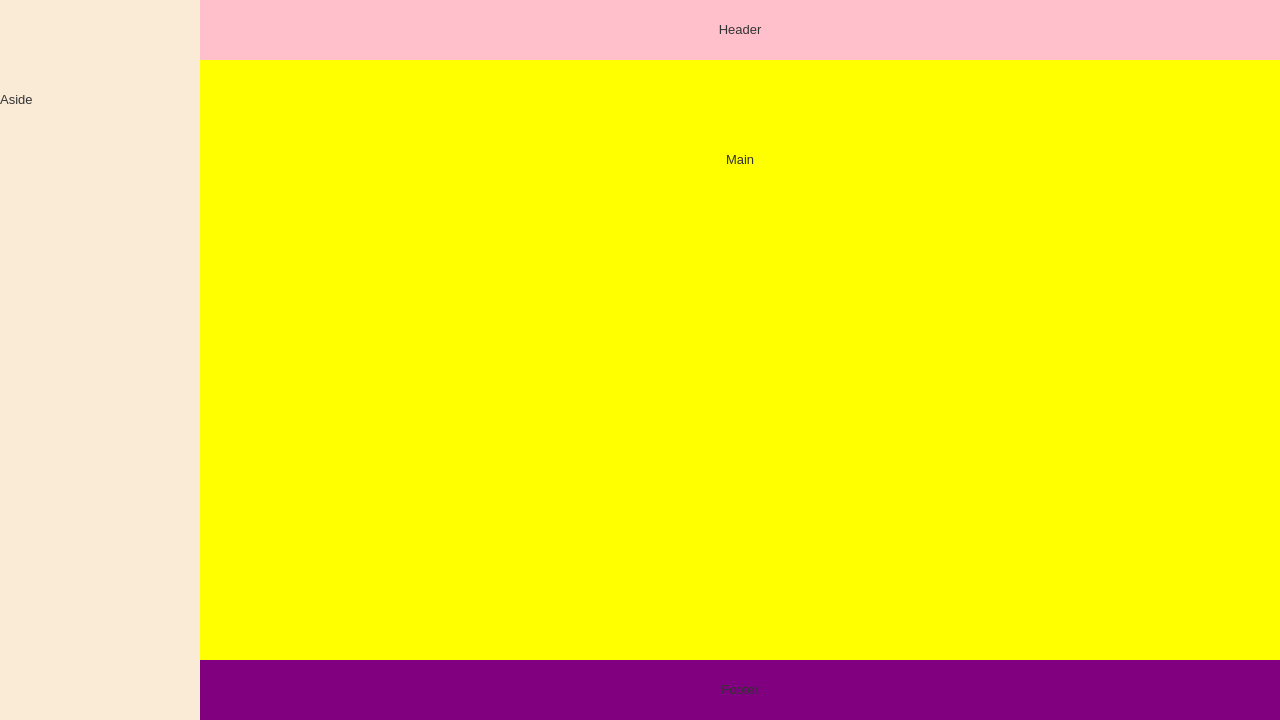
Repository: wuder-jie/Manager-System
Page: /home
An editor plug-in stored every save of this project. The page is shown before and after the next save, followed by the edit.
The browser window is 1280 px wide. The pictures show the whole page.
The project was rebuilt for these pictures with package versions that can differ from the ones it lists, and the page was loaded fresh each time. Also part of the build but not shown: vue.config.js.

Above is the page before, as saved 2022-11-28 13:52:55.

After the next save:
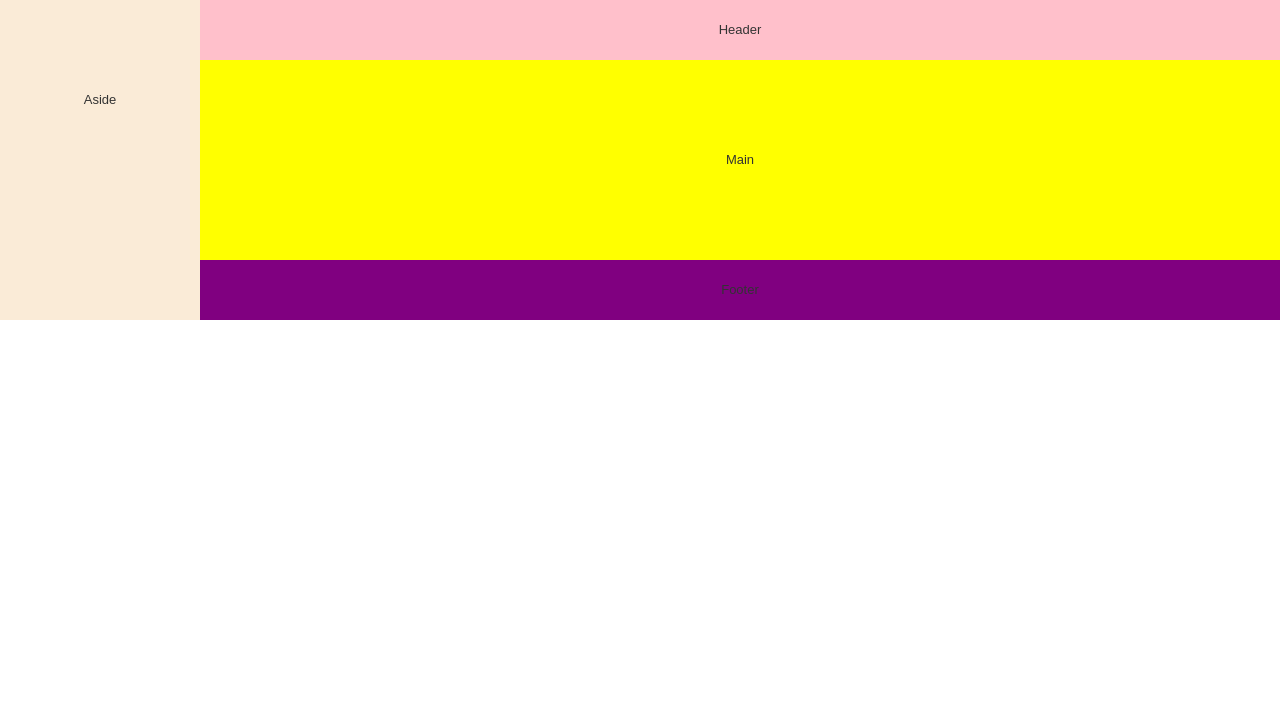
Saved 82 s later.
--- a/src/pages/home/index.vue
+++ b/src/pages/home/index.vue
@@ -61,8 +61,6 @@ export default {
     line-height: 320px;
   }
   .el-aside {
-    min-height: 100vh;
-    display: flex;
     background-color: antiquewhite;
   }
   .el-header {
